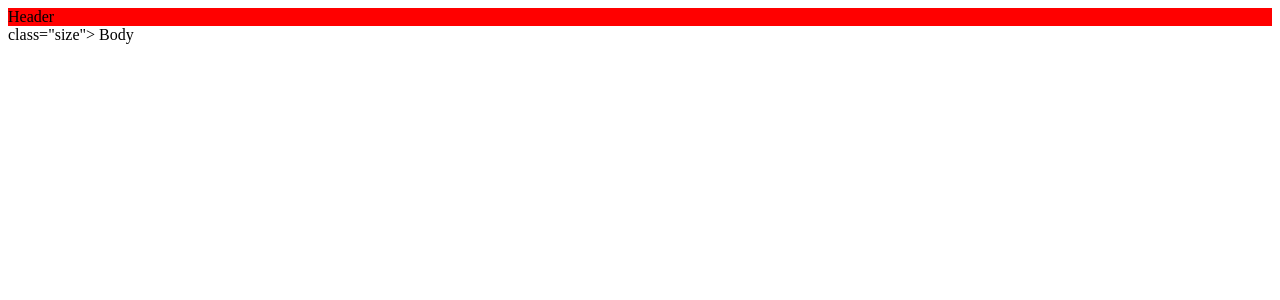
Repository: mememein/samurai_HTML-CSS
Page: index.html
The author's editor kept a record of every edit. The page is drawn from the files as they stood at one moment, then again after the next edit.
The browser window is 1280 px wide. The pictures show the whole page.

Above is the page before.

### index.html
<html lang="ja">
    <head>
        <meta charset="UTF-8">
        <style>
            header {
                background-color: red;
            }

            footer {
                background-color: blue;
            }

            .size {
                top: 200px;
            }
        </style>
    </head>
    <body>
        <header>
            Header
        </header>
        <div> class="size">
            Body
        </h1>
    </body>
</html>

After the next edit:
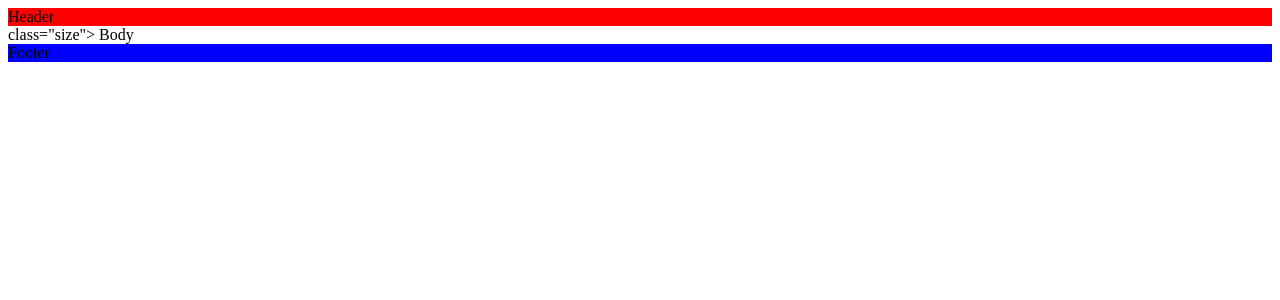
The edit:
--- a/index.html
+++ b/index.html
@@ -21,6 +21,9 @@
         </header>
         <div> class="size">
             Body
-        </h1>
+        </div>
+        <footer>
+            Footer
+        </footer>
     </body>
 </html>
